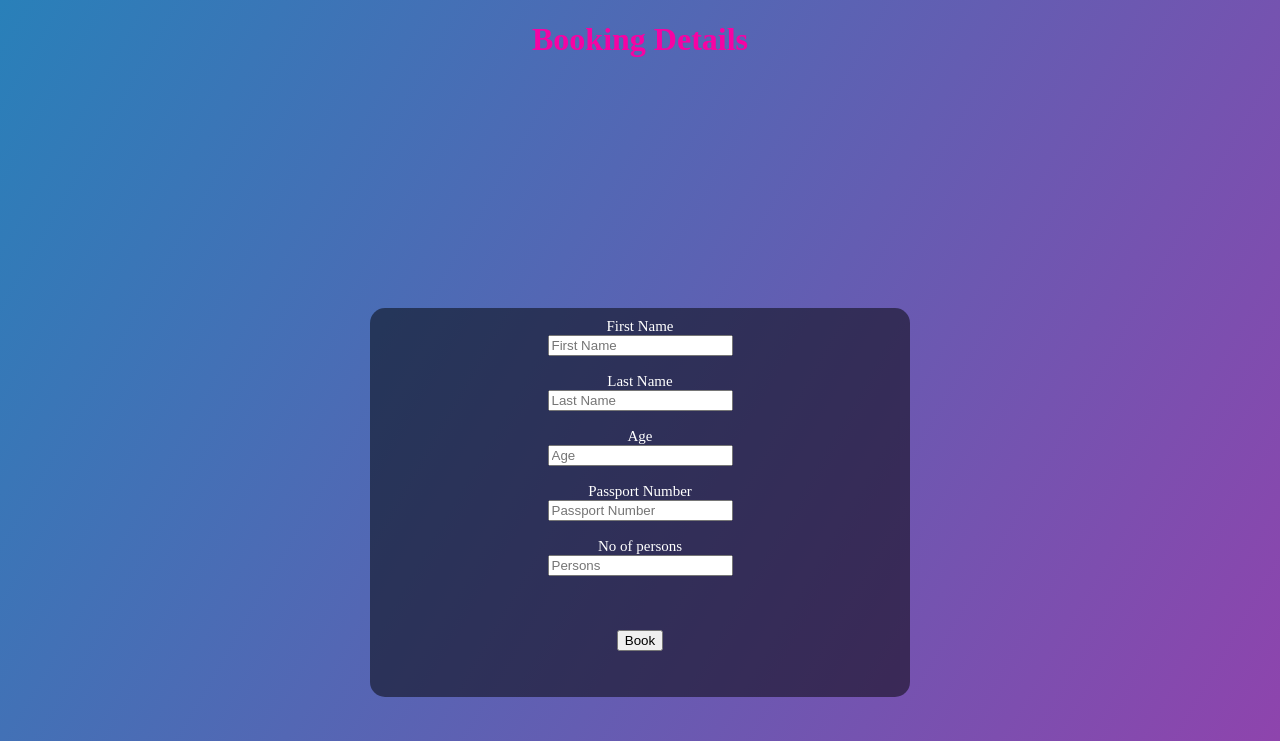
Repository: kalpesh3070/backend2
Page: flyaway/src/main/webapp/Ticket_booking.html
The author's editor kept a copy of each file at every save. The page is drawn from the files as they stood at one save, then again after the next save.
The browser window is 1280 px wide. The pictures show the whole page.

Above is the page before, as saved 2022-11-14 05:55:16.

### flyaway/src/main/webapp/Ticket_booking.html
<!DOCTYPE html>
<html>
<head>
<meta charset="ISO-8859-1">
<link rel="stylesheet" href="booking.css">
<title>Insert title here</title>
</head>
<body>
<div class="lable">

<form action="Register">
<center>
<h1>Booking Details</h1>
<div class="body">
<label>First Name</label>

<div class="input">
<input type="text" name="name" placeholder="First Name" size="20"><br><br>
<label>Last Name</label>
</div>

<div class="input">
<input type="text" name="lastname" placeholder="Last Name" size="20"><br><br>
</div>

<label>Age</label>
<div class="input">
<input type="text" name="age" placeholder="Age" size="20"><br><br>
</div>

<label>Passport Number</label>
<div class="input">
<input type="text" name="passportnumber" placeholder="Passport Number" size="20"><br><br>
</div>

<label>No of persons</label>
<div class="input">
<input type="text" name="option" placeholder="Persons" size="20"><br><br>
</div>

</select>
<div class="submit">
<input type="submit" value="Book">
</center>
</div>
</div>

</body>
</html>

### flyaway/src/main/webapp/booking.css
@charset "ISO-8859-1";
body{
margin: 0;
padding: 0;
font-family: montserrat;
background: linear-gradient(120deg,#2980b9,#8e44ad);
height: 100vh;
overflow:hidden;
}
.body{
	width : 500px;
background-color: rgba(0,0,0,.5);
padding:10px 20px 30px;
margin:250px auto;
color:white;
font-size:15px;
border-radius: 15px;
}
.lable h1{
	color:#f603a3;
	text-align: center;
}
.boby lable{
	display:block;
}
.boby input{
	width:50%;
	font-size:1.5em;
	box-shadow: 2px;
	border-radius: 8px;
	padding: 5px 10px;
	box-sizing: border-box;
	margin:5px 0px 10px;
	text-align: center;
	align-content: center;
}
.submit{
	text-align: center;
	margin-top:10px;

	font-size:30px;
	padding: 15px 25px;
}

After the next save:
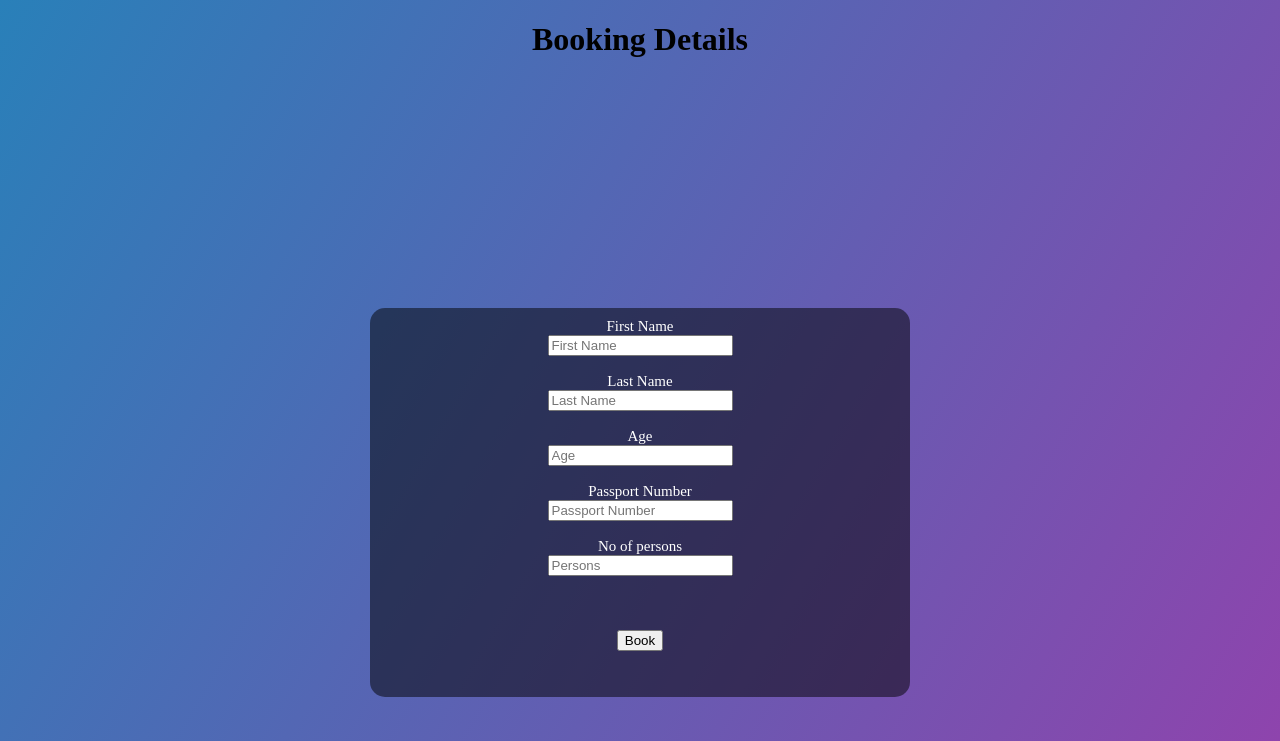
Saved 34 s later.
--- a/flyaway/src/main/webapp/booking.css
+++ b/flyaway/src/main/webapp/booking.css
@@ -16,7 +16,7 @@ color:white;
 font-size:15px;
 border-radius: 15px;
 }
-.lable h1{
+.body h1{
 	color:#f603a3;
 	text-align: center;
 }
